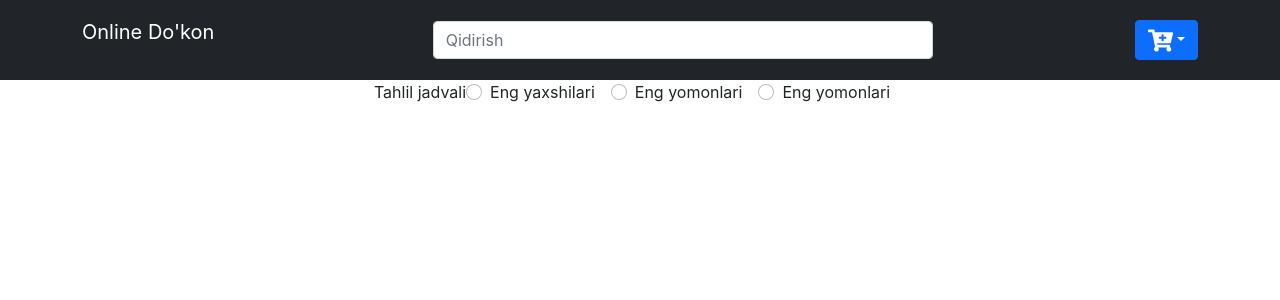
Repository: om1ars/shopping-cart
Page: /
These files come from the project's save history. The page is drawn as it stood at one moment and after a run of saves; the edit follows.
The browser window is 1280 px wide. The pictures show the whole page.
The project was rebuilt for these pictures with package versions that can differ from the ones it lists, and the page was loaded fresh each time.

Above is the page before, as saved 2021-10-06 17:13:45.

### src/index.js
import React from 'react';
import 'bootstrap/dist/css/bootstrap.min.css';
import ReactDOM from 'react-dom';
import './index.css';
import App from './App';
import reportWebVitals from './reportWebVitals';

ReactDOM.render(
  <React.StrictMode>
    <App />
  </React.StrictMode>,
  document.getElementById('root')
);

// If you want to start measuring performance in your app, pass a function
// to log results (for example: reportWebVitals(console.log))
// or send to an analytics endpoint. Learn more: https://bit.ly/CRA-vitals
reportWebVitals();

### src/App.js
import './App.css';
import { Header } from './components/Header';
import { Home } from './components/Home';

function App() {
  return (
    <div className="App">
      <Header />
      <Home />
    </div>
  );
}

export default App;

### src/components/Header.js
// import Dropdown from '@restart/ui/esm/Dropdown'
import React from 'react'
import { Container, Dropdown, FormControl, Nav, Navbar } from 'react-bootstrap'
import { FaCartPlus } from 'react-icons/fa';

export const Header = () => {
    return (
        <Navbar bg='dark' variant='dark' style={{height: 80}}>
            <Container>
                <Navbar.Brand>
                    <p>Online Do'kon</p>
                </Navbar.Brand>
                <Navbar.Text className='search'>
                    <FormControl style={{width: 500}} placeholder= 'Qidirish' className='m-auto' />
                </Navbar.Text>
                <Nav>
                    <Dropdown>
                        <Dropdown.Toggle variant='primary'>
                            <FaCartPlus color='white' fontSize="25px" />
                        </Dropdown.Toggle>
                        <Dropdown.Menu fontSize='200px'>Xarid mavjud emas</Dropdown.Menu>
                    </Dropdown>
                </Nav>
            </Container>
        </Navbar>
    )
}

### src/components/Home.js
import React from 'react'
import { Filter } from './Filter'

export const Home = () => {
    return (
        <div>
            <Filter />
        </div>
    )
}

### src/components/Filter.js
import React from 'react'
import { Form } from 'react-bootstrap'

export const Filter = () => {
    return (
        <div className='filter'>
            <span className="title">Tahlil jadvali</span>
            <span>
                <Form.Check
                inline
                label='Eng yaxshilari'
                name='group1'
                type='radio'
                id={`inline-1`}
                />
            </span>
            <span>
                <Form.Check
                inline
                label='Eng yomonlari'
                name='group1'
                type='radio'
                id={`inline-2`}
                />
            </span>
            <span>
                <Form.Check
                inline
                label='Eng yomonlari'
                name='group1'
                type='radio'
                id={`inline-2`}
                />
            </span>
        </div>
    )
}

Loaded but not shown: public/index.html (common file); src/index.css (common file); src/reportWebVitals.js (common file); src/App.css (common file)

After the next 5 saves:
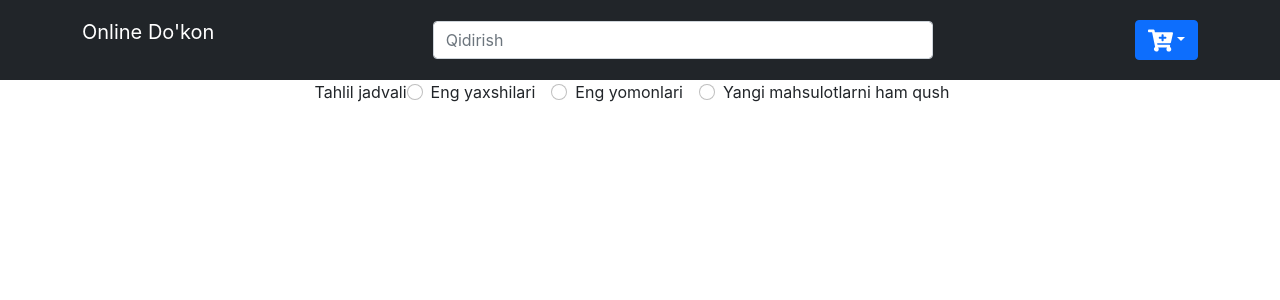
The 5 saves are shown as one change because they came seconds apart.
The last was saved 21 s later.
--- a/src/components/Filter.js
+++ b/src/components/Filter.js
@@ -26,7 +26,7 @@ export const Filter = () => {
             <span>
                 <Form.Check
                 inline
-                label='Eng yomonlari'
+                label='Yangi mahsulotlarni ham qush'
                 name='group1'
                 type='radio'
                 id={`inline-2`}
